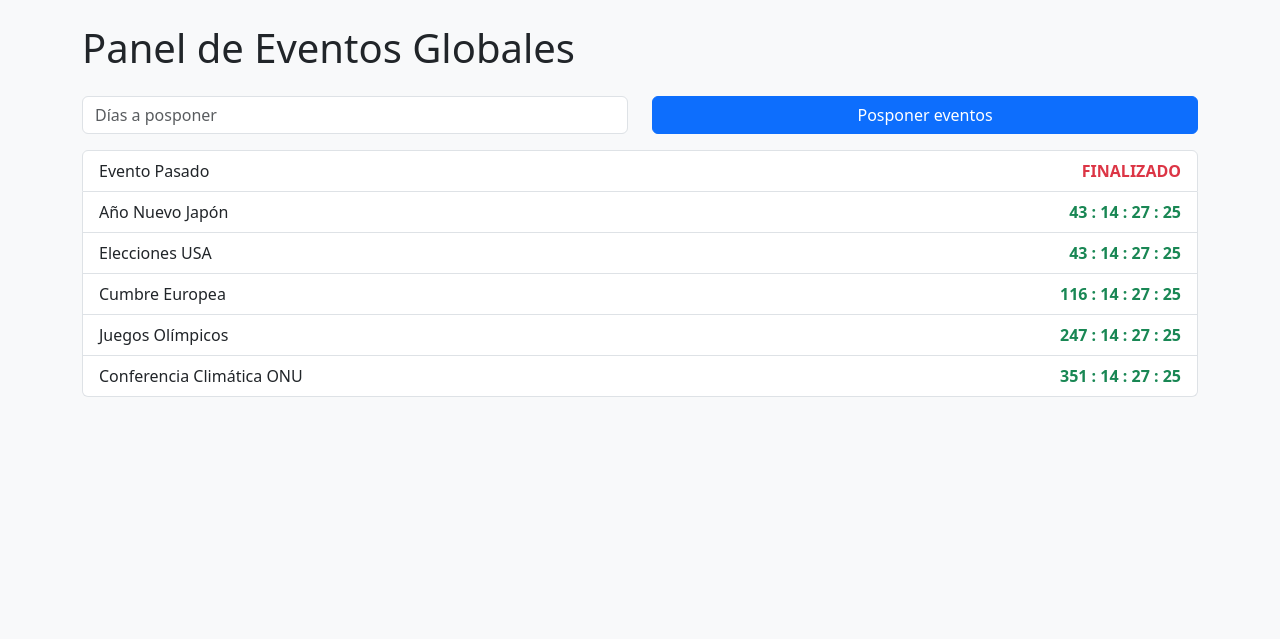
Repository: osoriomrs/DWEC
Page: EJER_16/Ejercicio2/index.html
An editor plug-in stored every save of this project. The page is shown before and after the next save, followed by the edit.
The browser window is 1280 px wide. The pictures show the whole page.

Above is the page before, as saved 2026-01-14 10:51:21.

### EJER_16/Ejercicio2/index.html
<!DOCTYPE html>
<html lang="es">
<head>
  <meta charset="UTF-8">
  <title>Eventos Globales</title>
  <link href="https://cdn.jsdelivr.net/npm/bootstrap@5.3.2/dist/css/bootstrap.min.css" rel="stylesheet">
</head>
<body class="bg-light">

<div class="container mt-4">
  <h1 class="mb-4">Panel de Eventos Globales</h1>

  <div class="row mb-3">
    <div class="col">
      <input id="dias" type="number" class="form-control" placeholder="Días a posponer">
    </div>
    <div class="col">
      <button id="posponer" class="btn btn-primary w-100">Posponer eventos</button>
    </div>
  </div>

  <ul id="lista" class="list-group"></ul>
</div>

<script src="scripts/app.js"></script>
</body>
</html>

### EJER_16/Ejercicio2/scripts/app.js
const lista = document.getElementById("lista")
const btn = document.getElementById("posponer")
const inputDias = document.getElementById("dias")

function crearFecha(...args) {
  if (args.length === 1) {
    if (typeof args[0] === "number") return new Date(args[0])
    if (typeof args[0] === "string") return new Date(args[0])
  }
  if (args.length === 3) return new Date(args[0], args[1] - 1, args[2])
  return null
}

let eventos = [
  { nombre: "Año Nuevo Japón", fecha: crearFecha("2026-01-01") },
  { nombre: "Cumbre Europea", fecha: crearFecha(2026, 3, 15) },
  { nombre: "Elecciones USA", fecha: crearFecha(1767225600000) },
  { nombre: "Evento Pasado", fecha: crearFecha("2023-05-10") },
  { nombre: "Juegos Olímpicos", fecha: crearFecha("2026-07-24") },
  { nombre: "Conferencia Climática ONU", fecha: crearFecha(2026, 11, 5) }
]

function ordenarEventos() {
  eventos.sort((a, b) => a.fecha - b.fecha)
}

function formatear(ms) {
  const s = Math.floor(ms / 1000)
  const d = Math.floor(s / 86400)
  const h = Math.floor((s % 86400) / 3600)
  const m = Math.floor((s % 3600) / 60)
  const sec = s % 60
  return `${d} : ${h} : ${m} : ${sec}`
}

function render() {
  lista.innerHTML = ""
  const ahora = Date.now()

  eventos.forEach(e => {
    const diff = e.fecha.getTime() - ahora
    const li = document.createElement("li")
    li.className = "list-group-item d-flex justify-content-between align-items-center"

    if (diff > 0) {
      li.innerHTML = `
        <span>${e.nombre}</span>
        <span class="text-success fw-bold">${formatear(diff)}</span>
      `
    } else {
      li.innerHTML = `
        <span>${e.nombre}</span>
        <span class="text-danger fw-bold">FINALIZADO</span>
      `
    }

    lista.appendChild(li)
  })
}

btn.addEventListener("click", () => {
  const dias = Number(inputDias.value)
  if (isNaN(dias)) return
  eventos.forEach(e => e.fecha.setDate(e.fecha.getDate() + dias))
  ordenarEventos()
})

ordenarEventos()
render()
setInterval(render, 1000)

After the next save:
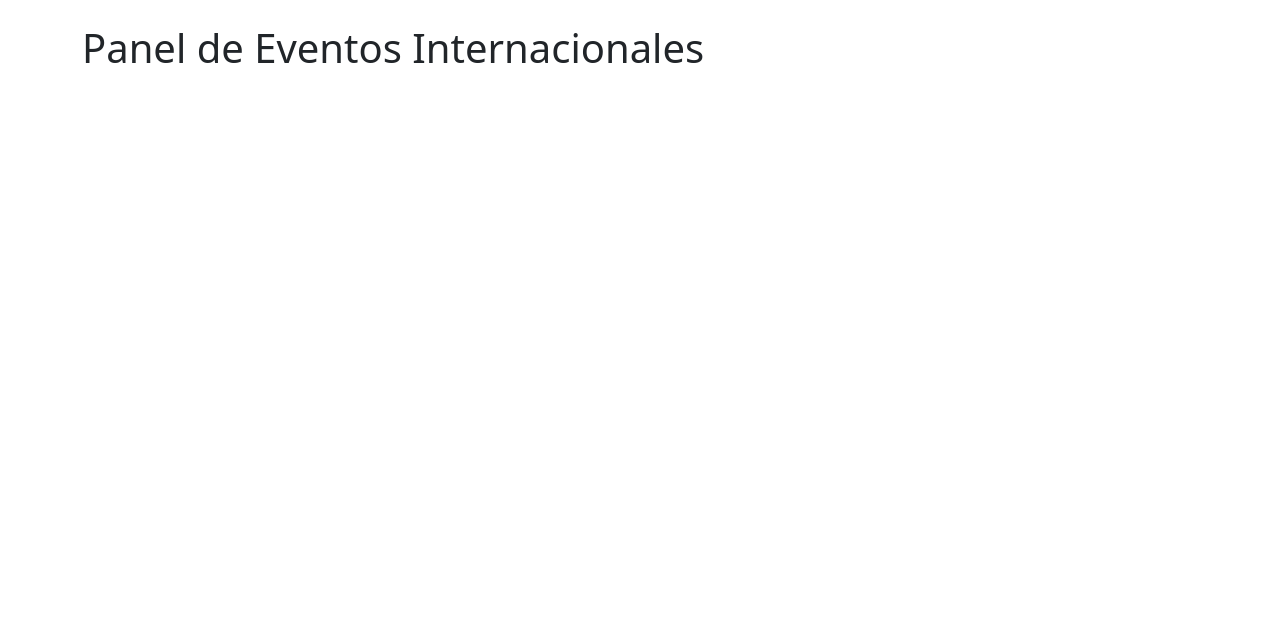
Console error: TypeError: Cannot read properties of null (reading 'addEventListener')
Saved 4 min 45 s later.
--- a/EJER_16/Ejercicio2/index.html
+++ b/EJER_16/Ejercicio2/index.html
@@ -2,26 +2,15 @@
 <html lang="es">
 <head>
   <meta charset="UTF-8">
-  <title>Eventos Globales</title>
+  <meta name="viewport" content="width=device-width, initial-scale=1.0">
+  <title>Panel de Eventos</title>
   <link href="https://cdn.jsdelivr.net/npm/bootstrap@5.3.2/dist/css/bootstrap.min.css" rel="stylesheet">
 </head>
-<body class="bg-light">
-
-<div class="container mt-4">
-  <h1 class="mb-4">Panel de Eventos Globales</h1>
-
-  <div class="row mb-3">
-    <div class="col">
-      <input id="dias" type="number" class="form-control" placeholder="Días a posponer">
-    </div>
-    <div class="col">
-      <button id="posponer" class="btn btn-primary w-100">Posponer eventos</button>
-    </div>
+<body>
+  <div class="container py-4">
+    <h1 class="mb-4">Panel de Eventos Internacionales</h1>
+    <div id="eventosContainer" class="row g-3"></div>
   </div>
-
-  <ul id="lista" class="list-group"></ul>
-</div>
-
-<script src="scripts/app.js"></script>
+  <script src="scripts/app.js"></script>
 </body>
 </html>

After the save that followed:
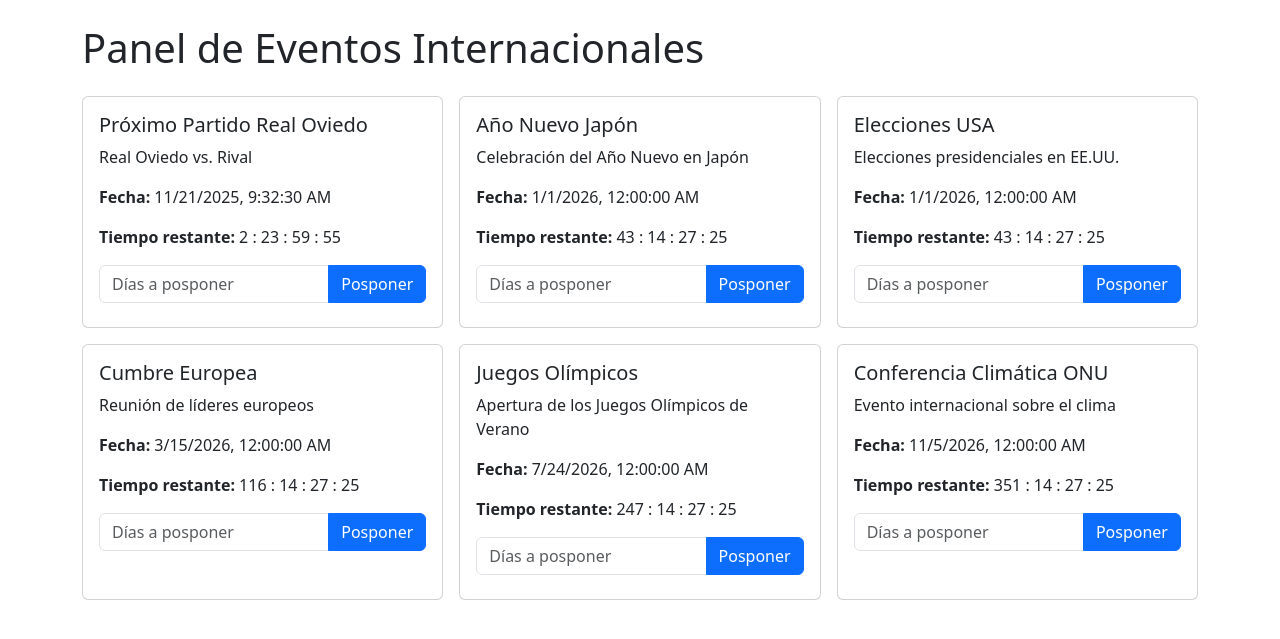
The error is gone.
Saved 21 s later.
--- a/EJER_16/Ejercicio2/scripts/app.js
+++ b/EJER_16/Ejercicio2/scripts/app.js
@@ -1,6 +1,4 @@
-const lista = document.getElementById("lista")
-const btn = document.getElementById("posponer")
-const inputDias = document.getElementById("dias")
+const eventosContainer = document.getElementById("eventosContainer")
 
 function crearFecha(...args) {
   if (args.length === 1) {
@@ -11,13 +9,16 @@ function crearFecha(...args) {
   return null
 }
 
+const ahora = new Date()
+const tresDiasDespues = new Date(ahora.getTime() + 3 * 24 * 60 * 60 * 1000)
+
 let eventos = [
-  { nombre: "Año Nuevo Japón", fecha: crearFecha("2026-01-01") },
-  { nombre: "Cumbre Europea", fecha: crearFecha(2026, 3, 15) },
-  { nombre: "Elecciones USA", fecha: crearFecha(1767225600000) },
-  { nombre: "Evento Pasado", fecha: crearFecha("2023-05-10") },
-  { nombre: "Juegos Olímpicos", fecha: crearFecha("2026-07-24") },
-  { nombre: "Conferencia Climática ONU", fecha: crearFecha(2026, 11, 5) }
+  { nombre: "Año Nuevo Japón", descripcion: "Celebración del Año Nuevo en Japón", fecha: crearFecha("2026-01-01") },
+  { nombre: "Cumbre Europea", descripcion: "Reunión de líderes europeos", fecha: crearFecha(2026, 3, 15) },
+  { nombre: "Elecciones USA", descripcion: "Elecciones presidenciales en EE.UU.", fecha: crearFecha(1767225600000) },
+  { nombre: "Juegos Olímpicos", descripcion: "Apertura de los Juegos Olímpicos de Verano", fecha: crearFecha("2026-07-24") },
+  { nombre: "Conferencia Climática ONU", descripcion: "Evento internacional sobre el clima", fecha: crearFecha(2026, 11, 5) },
+  { nombre: "Próximo Partido Real Oviedo", descripcion: "Real Oviedo vs. Rival", fecha: tresDiasDespues }
 ]
 
 function ordenarEventos() {
@@ -34,36 +35,42 @@ function formatear(ms) {
 }
 
 function render() {
-  lista.innerHTML = ""
+  eventosContainer.innerHTML = ""
   const ahora = Date.now()
 
-  eventos.forEach(e => {
+  eventos.forEach((e, index) => {
     const diff = e.fecha.getTime() - ahora
-    const li = document.createElement("li")
-    li.className = "list-group-item d-flex justify-content-between align-items-center"
+    const card = document.createElement("div")
+    card.className = "col-md-4"
+    card.innerHTML = `
+      <div class="card h-100">
+        <div class="card-body d-flex flex-column">
+          <h5 class="card-title">${e.nombre}</h5>
+          <p class="card-text">${e.descripcion}</p>
+          <p><b>Fecha:</b> ${e.fecha.toLocaleString()}</p>
+          <p><b>Tiempo restante:</b> <span id="tiempo-${index}"></span></p>
+          <div class="input-group mb-2">
+            <input type="number" class="form-control" id="dias-${index}" placeholder="Días a posponer">
+            <button class="btn btn-primary" id="btn-${index}">Posponer</button>
+          </div>
+        </div>
+      </div>
+    `
+    eventosContainer.appendChild(card)
 
-    if (diff > 0) {
-      li.innerHTML = `
-        <span>${e.nombre}</span>
-        <span class="text-success fw-bold">${formatear(diff)}</span>
-      `
-    } else {
-      li.innerHTML = `
-        <span>${e.nombre}</span>
-        <span class="text-danger fw-bold">FINALIZADO</span>
-      `
-    }
+    const tiempoSpan = document.getElementById(`tiempo-${index}`)
+    tiempoSpan.textContent = diff > 0 ? formatear(diff) : "FINALIZADO"
 
-    lista.appendChild(li)
+    const btn = document.getElementById(`btn-${index}`)
+    const input = document.getElementById(`dias-${index}`)
+    btn.addEventListener("click", () => {
+      const dias = Number(input.value)
+      if (isNaN(dias)) return
+      e.fecha.setDate(e.fecha.getDate() + dias)
+      ordenarEventos()
+    })
   })
 }
-
-btn.addEventListener("click", () => {
-  const dias = Number(inputDias.value)
-  if (isNaN(dias)) return
-  eventos.forEach(e => e.fecha.setDate(e.fecha.getDate() + dias))
-  ordenarEventos()
-})
 
 ordenarEventos()
 render()
